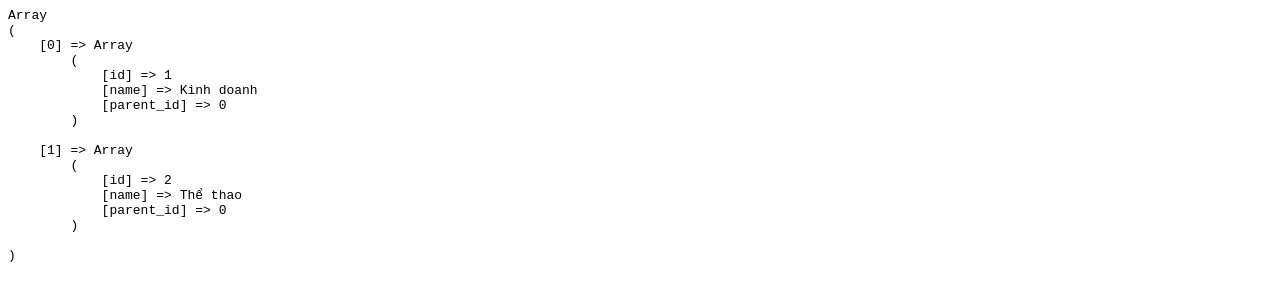
Repository: anhtu2110/backend
Page: http://localhost/backend/section-30_part_2/index.php
An editor plug-in stored every save of this project. The page is shown before and after the next save, followed by the edit.
The browser window is 1280 px wide. The pictures show the whole page.
The page is run by PHP 8.4 with error messages shown; the project is at /var/www/html/.

Above is the page before, as saved 2022-12-06 15:11:53.

### section-30_part_2/index.php
<?php
// --Danh mục tin tức
// --Danh mục sản phẩm
// --Menu
$data = array(
    1 => array(
        'id' => 1,
        'name' => 'Kinh doanh',
        'parent_id' => 0,
    ),
    2 => array(
        'id' => 2,
        'name' => 'Thể thao',
        'parent_id' => 0,
    ),
    3 => array(
        'id' => 3,
        'name' => 'Quốc tế',
        'parent_id' => 1,
    ),
    4 => array(
        'id' => 4,
        'name' => 'Doanh nghiệp',
        'parent_id' => 1,
    ),
    5 => array(
        'id' => 5,
        'name' => 'Bóng đá',
        'parent_id' => 2,
    ),
    6 => array(
        'id' => 6,
        'name' => 'Marathon',
        'parent_id' => 2,
    ),
);
// $result = array(
//     1 => array(
//         'id' => 1,
//         'name' => 'Kinh doanh',
//         'parent_id' => 0,
//     ),
//     3 => array(
//         'id' => 3,
//         'name' => 'Quốc tế',
//         'parent_id' => 1,
//     ),
//     4 => array(
//         'id' => 4,
//         'name' => 'Doanh nghiệp',
//         'parent_id' => 1,
//     ),
//     2 => array(
//         'id' => 2,
//         'name' => 'Thể thao',
//         'parent_id' => 0,
//     ),
//     5 => array(
//         'id' => 5,
//         'name' => 'Bóng đá',
//         'parent_id' => 2,
//     ),
//     6 => array(
//         'id' => 6,
//         'name' => 'Marathon',
//         'parent_id' => 2,
//     ),
// );
function has_child($data, $id)
{
    foreach ($data as $v) {
        if ($v['parent_id'] == $id) {
            return true;
        }
        return false;
    }
}
function data_tree($data, $parent_id = 0)
{
    global $data;
    $result = array();
    foreach ($data as $v) {
        if ($v['parent_id'] == $parent_id) {
            $result[] = $v;
            if (has_child($data, $v['id'])) {
                # code...
            }
        }
    }
    return $result;
}
function show_array($data)
{
    if (is_array($data)) {
        echo "<pre>";
        print_r($data);
        echo "</pre>";
    }
}
show_array(data_tree($data, $parent_id = 0));

After the next save:
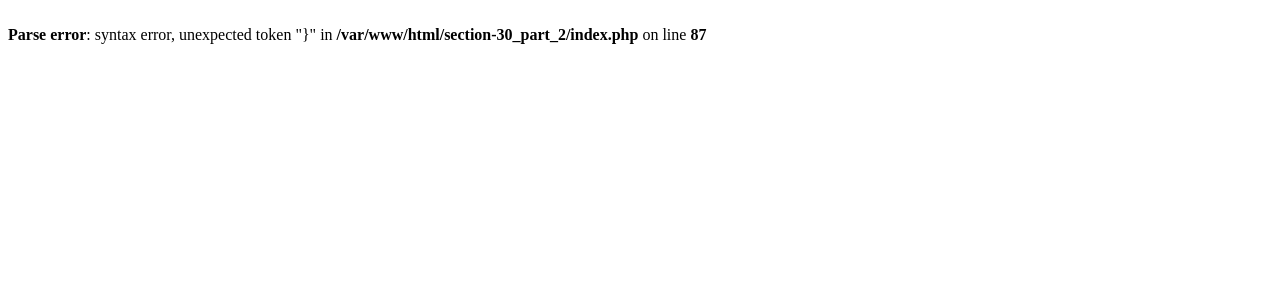
Saved 3 min 9 s later.
--- a/section-30_part_2/index.php
+++ b/section-30_part_2/index.php
@@ -83,7 +83,7 @@
         if ($v['parent_id'] == $parent_id) {
             $result[] = $v;
             if (has_child($data, $v['id'])) {
-                # code...
+                $result_child = data_tree($data, $parent_id = $v['id'])
             }
         }
     }

After the save that followed:
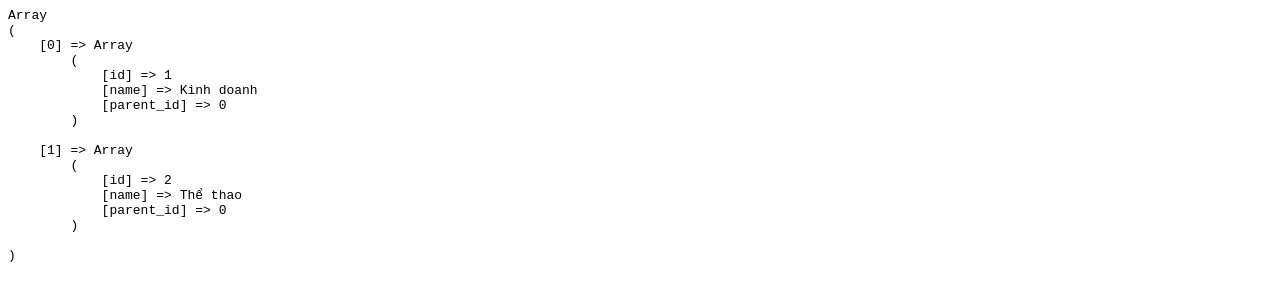
Saved 5 s later.
--- a/section-30_part_2/index.php
+++ b/section-30_part_2/index.php
@@ -83,7 +83,7 @@
         if ($v['parent_id'] == $parent_id) {
             $result[] = $v;
             if (has_child($data, $v['id'])) {
-                $result_child = data_tree($data, $parent_id = $v['id'])
+                $result_child = data_tree($data, $parent_id = $v['id']);
             }
         }
     }
